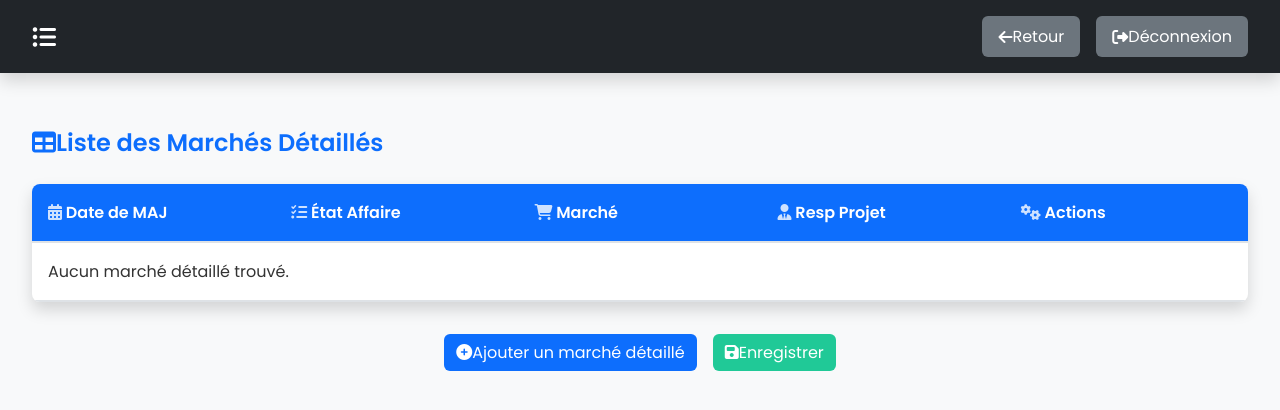
Repository: Andriatiana669/Retour_XP
Page: dashboard/templates/dashboard/liste_marche.html
An editor plug-in stored every save of this project. The page is shown before and after the next save, followed by the edit.
The browser window is 1280 px wide. The pictures show the whole page.
The page is served by the project's application, run on Django 5.2 (manage.py). Other server files are loaded and not shown. The template is opened directly, without the code that normally fills it, so the values that code supplies are empty.

Above is the page before, as saved 2026-01-07 13:05:33.

### dashboard/templates/dashboard/liste_marche.html
<!DOCTYPE html>
<html lang="fr">
<head>
    <meta charset="UTF-8">
    <meta name="viewport" content="width=device-width, initial-scale=1.0">
    <title>Liste des Marchés - {{ marche_global.nom }}</title>
    {% load static %}
    <link rel="stylesheet" href="{% static 'dashboard/css/liste_marche.css' %}">
    <link rel="stylesheet" href="https://cdnjs.cloudflare.com/ajax/libs/font-awesome/6.4.0/css/all.min.css">
    <link href="https://fonts.googleapis.com/css2?family=Poppins:wght@300;400;600&display=swap" rel="stylesheet">

    <!-- petite surcouche pour les boutons d'action -->
    <style>
        .actions-cell{display:flex;gap:.4rem;}
        .actions-cell .btn-voir{padding:.3rem .6rem;font-size:.8rem;}
        .etat-select{max-width:160px;font-size:.85rem;}
        .save-etat-btn{background:var(--success-color);color:#fff;border:none;
                       padding:.25rem .5rem;border-radius:.25rem;font-size:.8rem;cursor:pointer;}
        .center-buttons{display:flex;justify-content:center;gap:1rem;margin:2rem 0;}
    </style>
</head>
<body>
<header>
    <h1><i class="fas fa-list-ul me-2"></i>{{ marche_global.nom }}</h1>
    <nav>
        <a href="{% url 'dashboard:dashboard' %}"><i class="fas fa-arrow-left me-1"></i>Retour</a>
        <a href="{% url 'authentification:logout' %}"><i class="fas fa-sign-out-alt me-1"></i>Déconnexion</a>
    </nav>
</header>

<main>
<h2><i class="fas fa-table me-2" style="color: #0d6efd;"></i>
    <span style="color: #0d6efd;">Liste des Marchés Détaillés</span></h2>

<table class="marches-table">
    <thead>
    <tr>
        <th><i class="fas fa-calendar-alt me-1"></i> Date de MAJ</th>
        <th><i class="fas fa-tasks me-1"></i> État Affaire</th>
        <th><i class="fas fa-shopping-cart me-1"></i> Marché</th>
        <th><i class="fas fa-user-tie me-1"></i> Resp Projet</th>
        <th><i class="fas fa-cogs me-1"></i> Actions</th>
    </tr>
    </thead>
    <tbody>
    {% for marche in marches_detailles %}
    <tr data-id="{{ marche.id }}">
        <td>{{ marche.date_maj|date:"d/m/Y H:i" }}</td>

        <!-- État modifiable directement -->
        <td>
            <form class="etat-inline" style="display:flex;gap:.3rem;align-items:center;">
                {% csrf_token %}
                <select name="etat" class="etat-select">
                    <option value="">– Non défini –</option>
                    {% for etat in etats %}
                    <option value="{{ etat.id }}"
                        {% if marche.etat_affaire.id == etat.id %}selected{% endif %}
                        style="color:{{ etat.couleur }};background:{{ etat.couleur_fond }}">
                        {{ etat.nom }}
                    </option>
                    {% endfor %}
                </select>
                <button type="submit" class="save-etat-btn" title="Enregistrer">
                    <i class="fas fa-check"></i>
                </button>
            </form>
        </td>

        <td>{{ marche.nom_marche }}</td>
        <td>{{ marche.resp_marche }}</td>

        <!-- 3 boutons d'action -->
        <td>
            <div class="actions-cell">
                <a href="{% url 'marches:description' marche.id %}" class="btn-voir">
                    <i class="fas fa-eye"></i> Voir
                </a>
                <a href="{% url 'dashboard:modifier_marche' marche.id %}" class="btn-voir" style="background:var(--secondary-color);">
                    <i class="fas fa-edit"></i> Modifier
                </a>
                <a href="{% url 'dashboard:supprimer_marche' marche.id %}" class="btn-voir" style="background:var(--danger-color);"
                   onclick="return confirm('Supprimer ce marché ?');">
                    <i class="fas fa-trash"></i> Supprimer
                </a>
            </div>
        </td>
    </tr>
    {% empty %}
    <tr><td colspan="5" class="text-center">Aucun marché détaillé trouvé.</td></tr>
    {% endfor %}
    </tbody>
</table>

<!-- Boutons centrés -->
<div class="center-buttons">
    <a href="{% url 'dashboard:ajouter_marche' marche_global.id %}" class="btn-voir">
        <i class="fas fa-plus-circle"></i> Ajouter un marché détaillé
    </a>
    <a id="saveAllEtats" class="btn-voir" style="background:var(--success-color);">
        <i class="fas fa-save"></i> <span> Enregistrer </span>
    </a>
</div>
</main>

<script src="{% static 'dashboard/js/liste_marche.js' %}"></script>
</body>
</html>

### Retour_XP/urls.py
"""
URL configuration for Retour_XP project.

The `urlpatterns` list routes URLs to views. For more information please see:
    https://docs.djangoproject.com/en/5.2/topics/http/urls/
Examples:
Function views
    1. Add an import:  from my_app import views
    2. Add a URL to urlpatterns:  path('', views.home, name='home')
Class-based views
    1. Add an import:  from other_app.views import Home
    2. Add a URL to urlpatterns:  path('', Home.as_view(), name='home')
Including another URLconf
    1. Import the include() function: from django.urls import include, path
    2. Add a URL to urlpatterns:  path('blog/', include('blog.urls'))
"""
# Retour_XP/urls.py
from django.contrib import admin
from django.urls import path, include
from django.conf import settings
from django.conf.urls.static import static

urlpatterns = [
    path('admin/', admin.site.urls),
    path('', include('authentification.urls')),
    path('dashboard/', include('dashboard.urls')),
    path('marches/', include('marches.urls')),
]

if settings.DEBUG:
    urlpatterns += static(settings.MEDIA_URL, document_root=settings.MEDIA_ROOT)
    urlpatterns += static(settings.STATIC_URL, document_root=settings.STATIC_ROOT)

### authentification/urls.py
# authentification/urls.py
from django.urls import path
from . import views

app_name = 'authentification'

urlpatterns = [
    path('', views.login_view, name='login'),
    path('logout/', views.custom_logout, name='logout'),   # ← nouvelle ligne
]

### dashboard/urls.py
# dashboard/urls.py
from django.urls import path
from . import views

app_name = 'dashboard'

urlpatterns = [
    path('', views.dashboard_view, name='dashboard'),
    path('marche/<int:marche_global_id>/', views.liste_marche_view, name='liste_marche'),
    path('marche/<int:marche_global_id>/ajouter/', views.ajouter_marche_view, name='ajouter_marche'),
    path('marche/change-etat/<int:pk>/', views.change_etat_view, name='change_etat'),
    path('marche/modifier/<int:pk>/', views.modifier_marche_view, name='modifier_marche'),
    path('marche/supprimer/<int:pk>/', views.supprimer_marche_view, name='supprimer_marche'),
]

### marches/urls.py
# marches/urls.py
from django.urls import path
from . import views

app_name = 'marches'

urlpatterns = [
    path('description/<int:marche_detaille_id>/', views.description_view, name='description'),
]

### dashboard/static/dashboard/css/liste_marche.css
/* ===== RESET & VARIABLES ===== */
:root {
    --primary-color: #0d6efd;
    --secondary-color: #6c757d;
    --success-color: #20c997;
    --danger-color: #dc3545;
    --light-color: #f8f9fa;
    --dark-color: #212529;
    --shadow-sm: 0 0.125rem 0.25rem rgba(0, 0, 0, 0.075);
    --shadow-md: 0 0.5rem 1rem rgba(0, 0, 0, 0.15);
    --transition: all 0.3s ease;
    --hover-bg: rgba(13, 110, 253, 0.1);
    --border-color: #dee2e6;
}

body {
    font-family: 'Poppins', Arial, sans-serif;
    margin: 0;
    padding: 0;
    background-color: var(--light-color);
    color: #333;
}

/* ===== HEADER ===== */
header {
    background-color: var(--dark-color);
    color: #fff;
    padding: 1rem 2rem;
    display: flex;
    justify-content: space-between;
    align-items: center;
    box-shadow: var(--shadow-md);
    position: sticky;
    top: 0;
    z-index: 100;
}

header h1 {
    margin: 0;
    font-size: 1.5rem;
    font-weight: 600;
    display: flex;
    align-items: center;
}

nav {
    display: flex;
    gap: 1rem;
}

nav a {
    color: #fff;
    text-decoration: none;
    padding: 0.5rem 1rem;
    background-color: var(--secondary-color);
    border-radius: 0.375rem;
    transition: var(--transition);
    display: flex;
    align-items: center;
}

nav a:hover {
    background-color: #5a6268;
    transform: translateY(-1px);
}

/* ===== MAIN CONTENT ===== */
main {
    padding: 2rem;
    max-width: 1400px;
    margin: 0 auto;
}

main h2 {
    margin-bottom: 1.5rem;
    display: flex;
    align-items: center;
    font-size: 1.5rem;
    color: var(--primary-color);
}

/* ===== TABLE STYLES ===== */
.marches-table {
    width: 100%;
    background: white;
    border-radius: 0.5rem;
    overflow: hidden;
    box-shadow: var(--shadow-md);
    border-collapse: separate;
    border-spacing: 0;
}

/* En-tête du tableau */
.marches-table thead {
    display: table;
    width: 100%;
    table-layout: fixed;
}

.marches-table th {
    background-color: var(--primary-color);
    color: white;
    padding: 1rem;
    text-align: left;
    font-weight: 600;
    border-bottom: 0px solid rgba(255, 255, 255, 0.2);
}

.marches-table th i {
    color: rgba(255, 255, 255, 0.8);
}

/* Corps du tableau */
.marches-table tbody {
    display: table;
    width: 100%;
    table-layout: fixed;
}

.marches-table td {
    padding: 1rem;
    border-bottom: 1px solid var(--border-color);
    vertical-align: middle;
}

/* Première ligne du tbody */
.marches-table tbody tr:first-child td {
    border-top: 2px solid var(--border-color);
    border-bottom: 2px solid var(--border-color);
}

/* Dernière ligne du tbody */
.marches-table tr:last-child td {
    border-top: 2px solid var(--border-color);
    border-bottom: 2px solid var(--border-color);
}

/* Animation au survol */
.marches-table tr {
    transition: var(--transition);
}

.marches-table tbody tr:hover {
    background-color: var(--hover-bg);
    transform: scale(1.005);
    box-shadow: inset 0 0 0 9999px var(--hover-bg);
}

/* ===== BADGES & BUTTONS ===== */
.etat-badge {
    padding: 0.375rem 0.75rem;
    border-radius: 0.375rem;
    font-size: 0.875rem;
    font-weight: 600;
    display: inline-block;
    min-width: 80px;
    text-align: center;
}

.btn-voir {
    padding: 0.375rem 0.75rem;
    background-color: var(--primary-color);
    color: white;
    text-decoration: none;
    border-radius: 0.375rem;
    transition: var(--transition);
    display: flex;
    align-items: center;
    justify-content: center;
    width: fit-content;
}

.btn-voir:hover {
    background-color: #0b5ed7;
    transform: translateY(-1px);
}

/* ===== RESPONSIVE ===== */
@media (max-width: 768px) {
    .marches-table {
        font-size: 0.875rem;
    }

    .marches-table th,
    .marches-table td {
        padding: 0.75rem;
    }

    nav {
        flex-direction: column;
        align-items: flex-end;
    }
}

### dashboard/static/dashboard/js/liste_marche.js
/*  dashboard/static/dashboard/js/liste_marche.js  */
/*  Nouvelle version – compatible avec le HTML actuel  */

document.addEventListener('DOMContentLoaded', () => {
    /* ---------- Sauvegarde rapide des états ---------- */
    const saveBtn = document.getElementById('saveAllEtats');
    if (!saveBtn) return;                  // sécurité si le bouton n’existe pas

    saveBtn.addEventListener('click', async () => {
        const rows = document.querySelectorAll('tr[data-id]');
        const csrf = document.querySelector('[name=csrfmiddlewaretoken]')?.value;
        if (!csrf) { alert('Token CSRF introuvable'); return; }

        let okCount = 0;
        for (const tr of rows) {
            const id     = tr.dataset.id;
            const select = tr.querySelector('select[name="etat"]');
            const etatId = select.value;

            try {
                const resp = await fetch(`/dashboard/marche/change-etat/${id}/`, {
                    method : 'POST',
                    headers: {
                        'X-CSRFToken': csrf,
                        'Content-Type': 'application/json'
                    },
                    body: JSON.stringify({etat: etatId})
                });
                if (resp.ok) okCount++;
            } catch (e) {
                console.error('Erreur réseau', e);
            }
        }
        alert(`${okCount} état(s) mis à jour`);
        location.reload();          // rafraîchit la page
    });
});

After the next save:
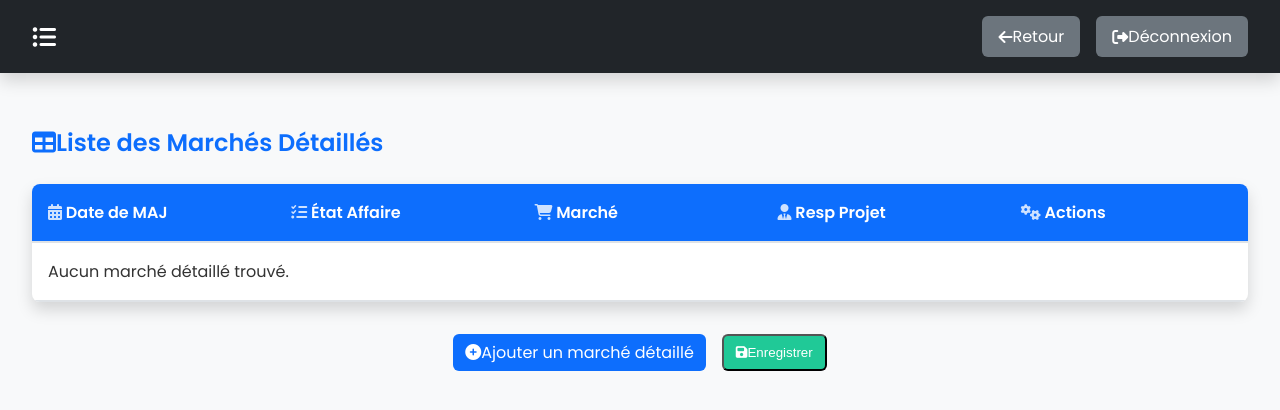
Saved 2 min 20 s later.
--- a/dashboard/templates/dashboard/liste_marche.html
+++ b/dashboard/templates/dashboard/liste_marche.html
@@ -97,9 +97,9 @@
     <a href="{% url 'dashboard:ajouter_marche' marche_global.id %}" class="btn-voir">
         <i class="fas fa-plus-circle"></i> Ajouter un marché détaillé
     </a>
-    <a id="saveAllEtats" class="btn-voir" style="background:var(--success-color);">
+    <button id="saveAllEtats" class="btn-voir" style="background:var(--success-color);">
         <i class="fas fa-save"></i> <span> Enregistrer </span>
-    </a>
+    </button>
 </div>
 </main>
 
